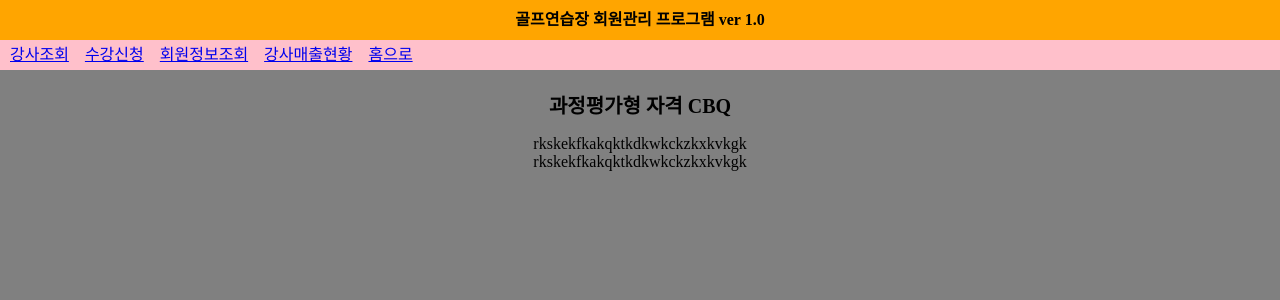
Repository: wjdwlgns1101/school_hrd
Page: http://localhost/hrd_30111_1_/
These files come from the project's save history. The page is drawn as it stood at one moment and after the next save; the edit follows.
The browser window is 1280 px wide. The pictures show the whole page.
The page is served by Tomcat 9.

Above is the page before, as saved 2024-05-06 13:57:42.

After the next save:
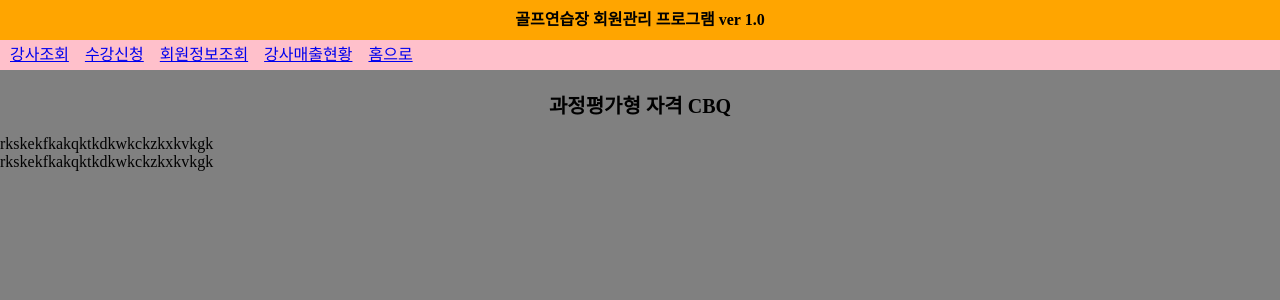
Saved 23 s later.
--- a/hrd_30111_(1)/hrd_30111(1)/src/main/webapp/index.jsp
+++ b/hrd_30111_(1)/hrd_30111(1)/src/main/webapp/index.jsp
@@ -11,7 +11,7 @@
 <section style="position: fixed; background-color: gray; top: 70px; text-align: center; left: 0; width: 100%; height: 100%; padding-top: 20px;">
 <b style="font-size: 20px;">과정평가형 자격 CBQ</b>
 
-<p>
+<p style="text-align: left;">
 	rkskekfkakqktkdkwkckzkxkvkgk <br>
 	rkskekfkakqktkdkwkckzkxkvkgk <br>
 
